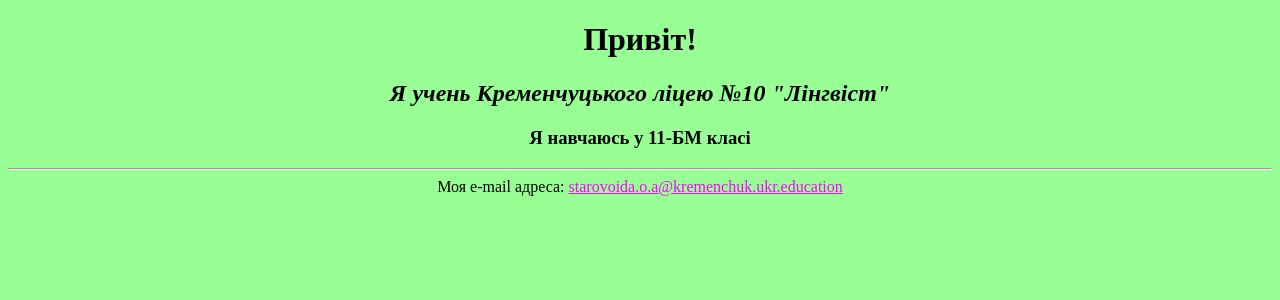
Repository: alexandrastarovoyda-star/homework_info
Page: pr3/html/pr3.html
The author's editor kept a copy of each file at every save. The page is drawn from the files as they stood at one save, then again after the next save.
The browser window is 1280 px wide. The pictures show the whole page.

Above is the page before, as saved 2026-01-28 11:42:08.

After the next save:
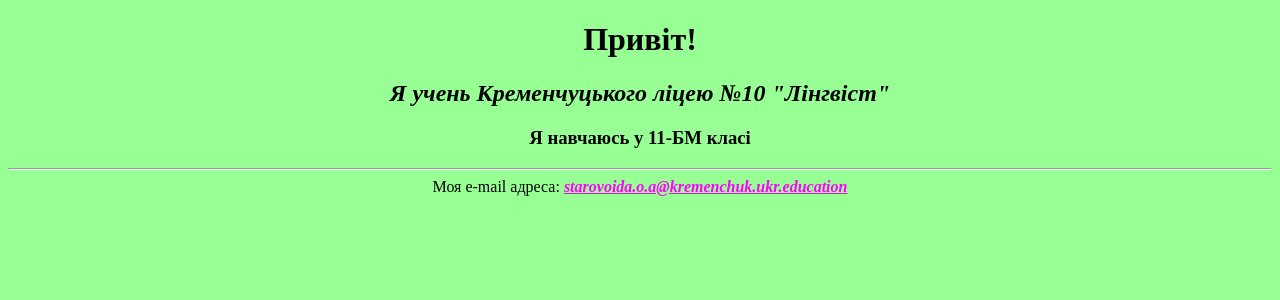
Saved 26 s later.
--- a/pr3/css/main.css
+++ b/pr3/css/main.css
@@ -13,4 +13,6 @@
 
 .mail{
     color: magenta;
+    font-style: italic;
+    font-weight: bold;
 }
